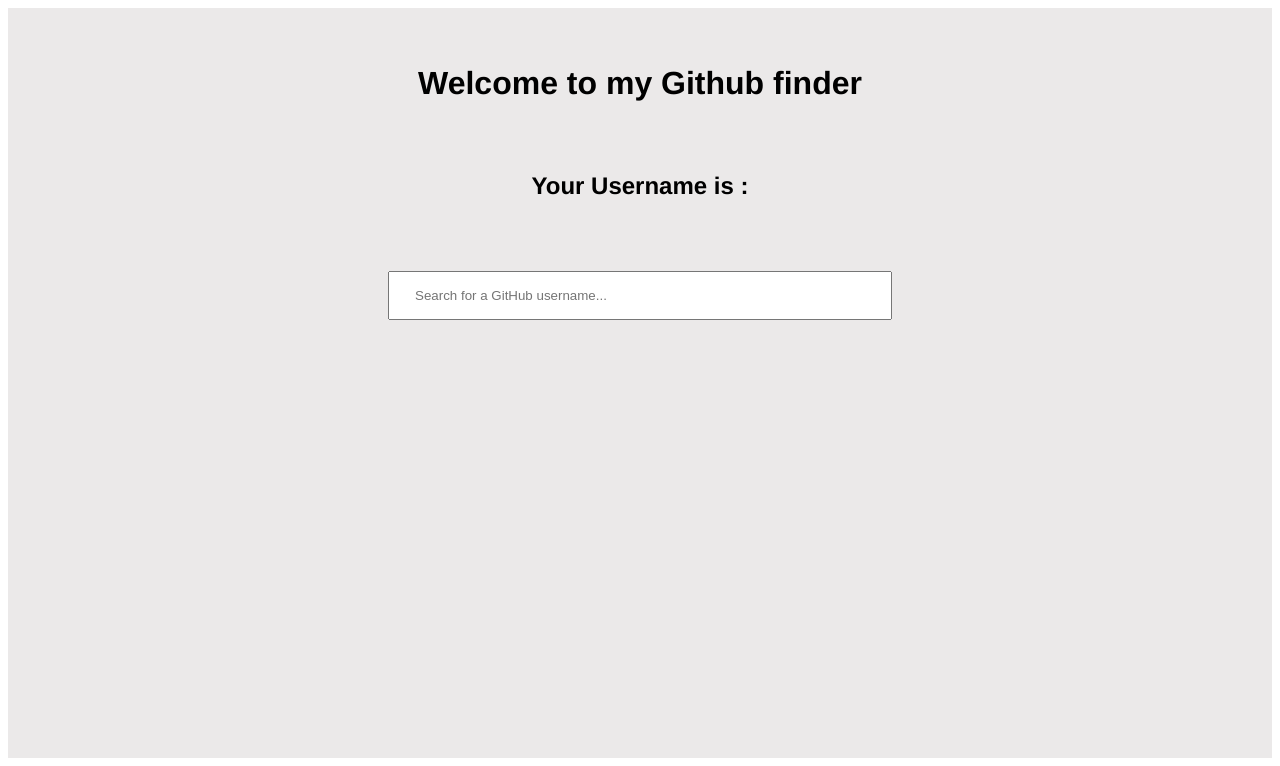
Repository: Syfon01/githubfinderApp
Page: /
The author's editor kept a copy of each file at every save. The page is drawn from the files as they stood at one save, then again after a run of saves.
The browser window is 1280 px wide. The pictures show the whole page.
The project was rebuilt for these pictures with package versions that can differ from the ones it lists, and the page was loaded fresh each time.

Above is the page before, as saved 2020-02-06 14:51:58.
Console error: TypeError: Cannot read properties of undefined (reading 'protocol')

### public/index.html
<!DOCTYPE html>
<html lang="en">
  <head>
    <meta charset="utf-8">
    <meta http-equiv="X-UA-Compatible" content="IE=edge">
    <meta name="viewport" content="width=device-width,initial-scale=1.0">
    <link rel="icon" href="<%= BASE_URL %>favicon.ico">
    <title>githubfinderapp</title>
  </head>
  <body>
    <noscript>
      <strong>We're sorry but githubfinderapp doesn't work properly without JavaScript enabled. Please enable it to continue.</strong>
    </noscript>
    <div id="app"></div>
    <!-- built files will be auto injected -->
  </body>
</html>

### src/main.js
import Vue from 'vue'
import axios from 'axios';

import App from './App.vue'

Vue.use(axios)
Vue.config.productionTip = false

new Vue({
  render: h => h(App),
}).$mount('#app')

### src/App.vue
<template>
  <div>
    <Finder/>
  </div>
</template>

<script>
import Finder from './components/Finder.vue'

export default {
  name: 'app',
  components: {
    Finder
  }
}
</script>

<style>
#app {
  font-family: 'Avenir', Helvetica, Arial, sans-serif;
  -webkit-font-smoothing: antialiased;
  -moz-osx-font-smoothing: grayscale;
  text-align: center;
  color: #2c3e50;
  /* margin-top: 60px; */
}
</style>

### src/components/Finder.vue
<template>

  <div id="main">
    <h1>Welcome to my Github finder</h1>
    <h2>Your Username is : {{username}}</h2>
    <input type="text" name="gh-username" placeholder="Search for a GitHub username..." v-model="username" @keyup="search" :class="{ 'has-error': error }">

    <span class="loading" v-if="loading">Searching GitHub for "{{ username }}"...</span>

    <div class="box" v-if="results && !loading || error && !loading">

        <div v-if="results">
            <img v-if="results.avatar_url" :src="results.avatar_url" :alt="'GitHub Avatar for ' + username ">
            <h4 v-if="results.name">Name:{{ results.name }}</h4>
            <p v-if="results.login">Username:{{ results.login }}</p>
            <i v-if="results.bio">Bio:{{ results.bio }}</i>
            <p v-if="results.public_repos">Public Repo:{{ results.public_repos }}</p>
            <p v-if="results.followers">Followers:{{ results.followers }}</p>
            <p v-if="results.following">Following:{{ results.following }}</p>
            <p v-if="results.curl">Commits:{{ results.curl}}</p>
            <p v-if="results.location">Location:{{ results.location }}</p>
        </div>

        <span v-if="error">Sorry, can't find a user called "<i>{{ username }}</i>"!</span>

    </div>
  </div>




</template>

<script>
import axios from 'axios';
export default {
  name: 'Finder',
data () {
            return {
                username: '',
                results: '',
                error: '',
                loading: false,
            }
        },
        watch: {
            username: function () {
                this.error = '';
            }
        },
        methods:  {
            search: function() {
                if( this.username ){
                    this.loading = true;
                    // console.log("Searching for... " + this.username );
                    axios.get('https://api.github.com/users/' + this.username)
                        .then(response => {
                            // console.log( response.data );
                            this.results = response.data;
                            this.error = '';
                            this.loading = false;
                        }).catch(error => {
                            this.results = '';
                            this.error = error;
                            this.loading = false;
                        });
                } else {
                    this.results = '';
                    this.error = '';
                    this.loading = false;
                }
            }
        }

}
</script>

<style scoped>
div {
   font-family: "HelveticaNeue-Light", "Helvetica Neue Light", "Helvetica Neue", Helvetica, Arial, "Lucida Grande", sans-serif;
   font-weight: 300;
   font-size: 16px; line-height: 1.3;
}
h1,h2{
  width: 500px;
  max-width: 90%;
    padding: 25px;
    margin: 15px auto;
    text-align: center;
}
input {
    display: block;
    width: 450px;
    max-width: 74%;
    padding: 15px 25px;
    margin: 45px auto;
}
.has-error {
    border: 1px solid #96281B;
    outline: none;
}
.box {
    display: block;
    width: 450px;
    max-width: 74%;
    padding: 25px;
    margin: 15px auto;
    background: rgb(226, 226, 226);
    border: 1px solid #D2D7D3;
    text-align: center;
}
.box img {
    display: block;
    width: 200px;
    height: auto;
    margin: 0 auto 15px;
}
.loading {
    display: block;
    text-align: center;
    color: rgb(112, 130, 150);
}
#main{
  background: rgb(235, 233, 233);
  height: auto;
  min-height: 100vh;
  padding: 15px 0px;
}
</style>

After the next 2 saves:
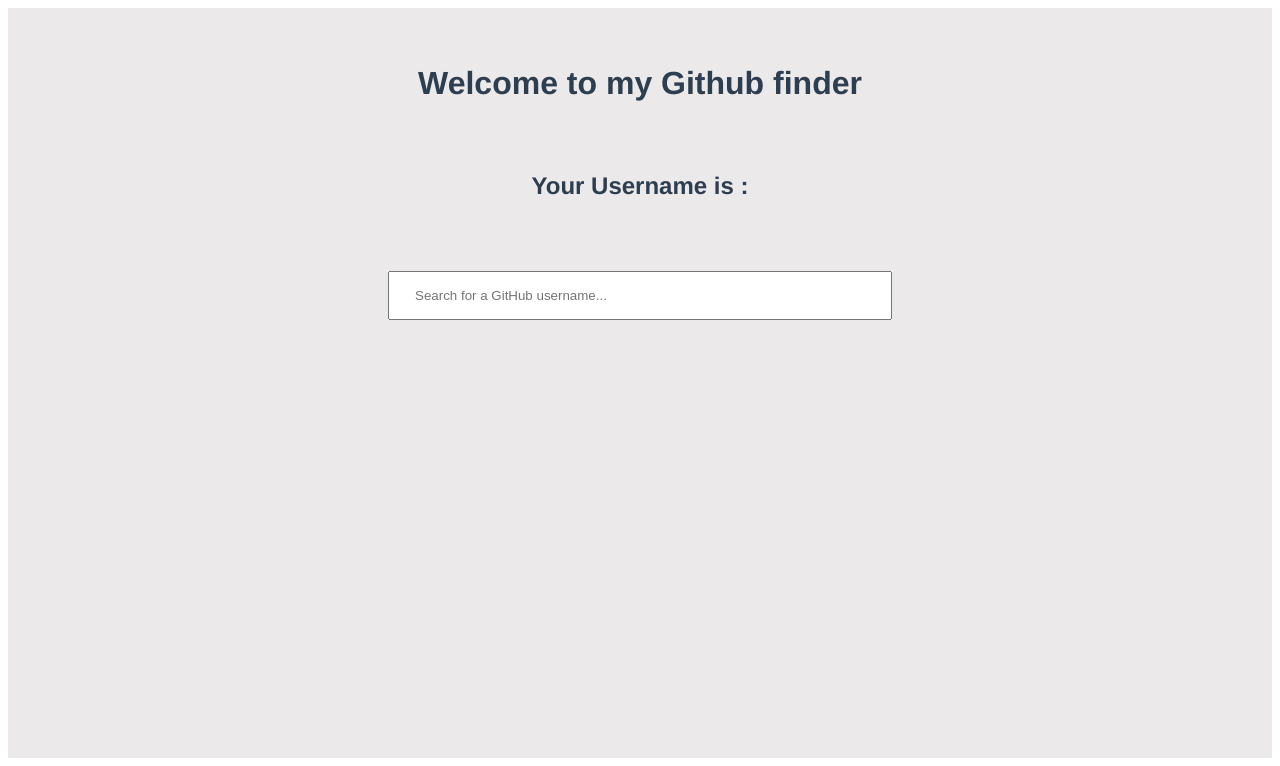
The 2 saves are shown as one change because they came seconds apart.
The last was saved 9 s later.
--- a/src/App.vue
+++ b/src/App.vue
@@ -1,6 +1,7 @@
 <template>
-  <div>
-    <Finder/>
+  <div id="app">
+
+    <Finder msg="Welcome to Your Vue.js App"/>
   </div>
 </template>
 
